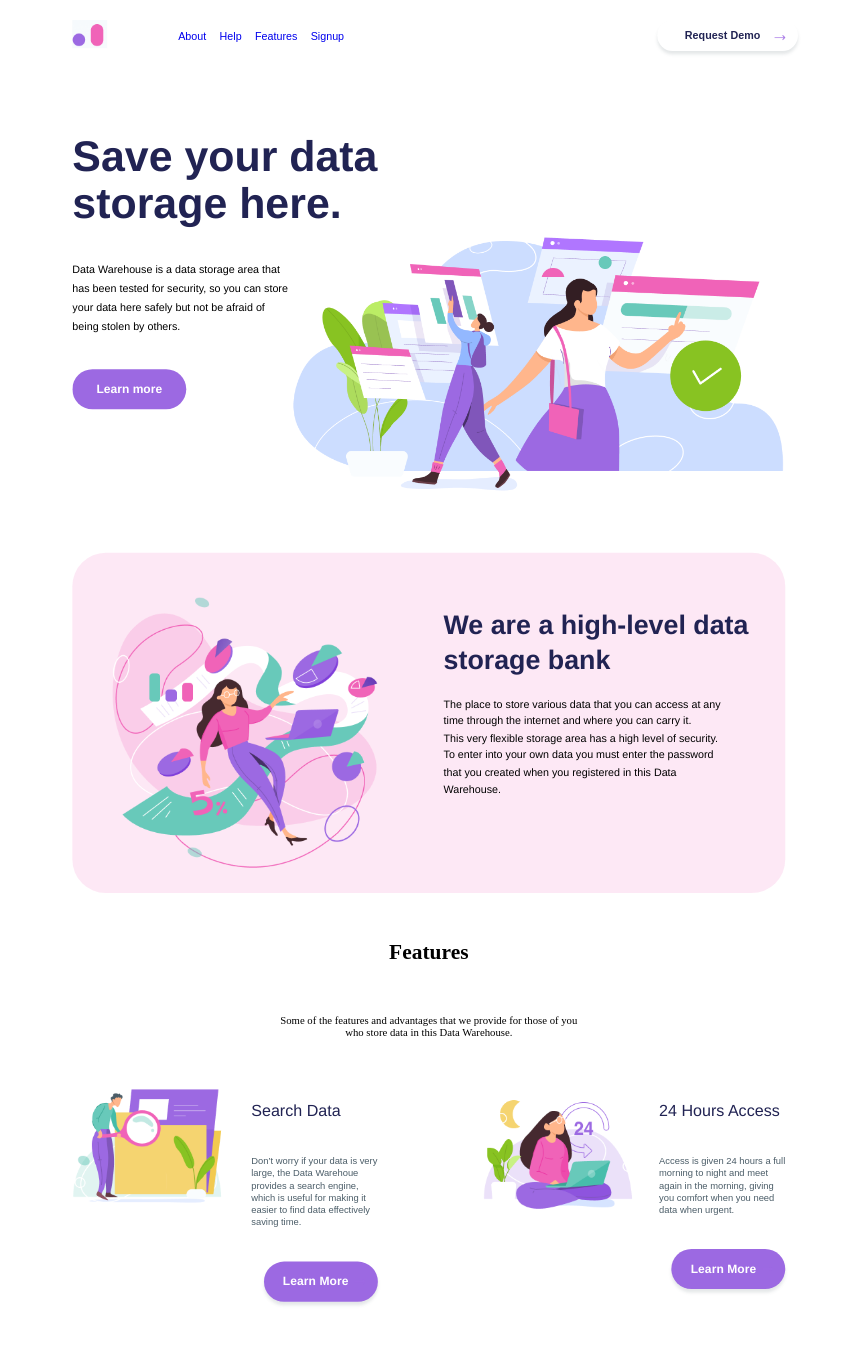
Repository: batonAnton/HW6_flexbox
Page: index.html
An editor plug-in stored every save of this project. The page is shown before and after the next save, followed by the edit.
The browser window is 1280 px wide. The pictures show the whole page, at 67% of full size.
Some web fonts or font styles are not loaded; a fallback is used.

Above is the page before, as saved 2022-06-18 12:56:52.

After the next save:
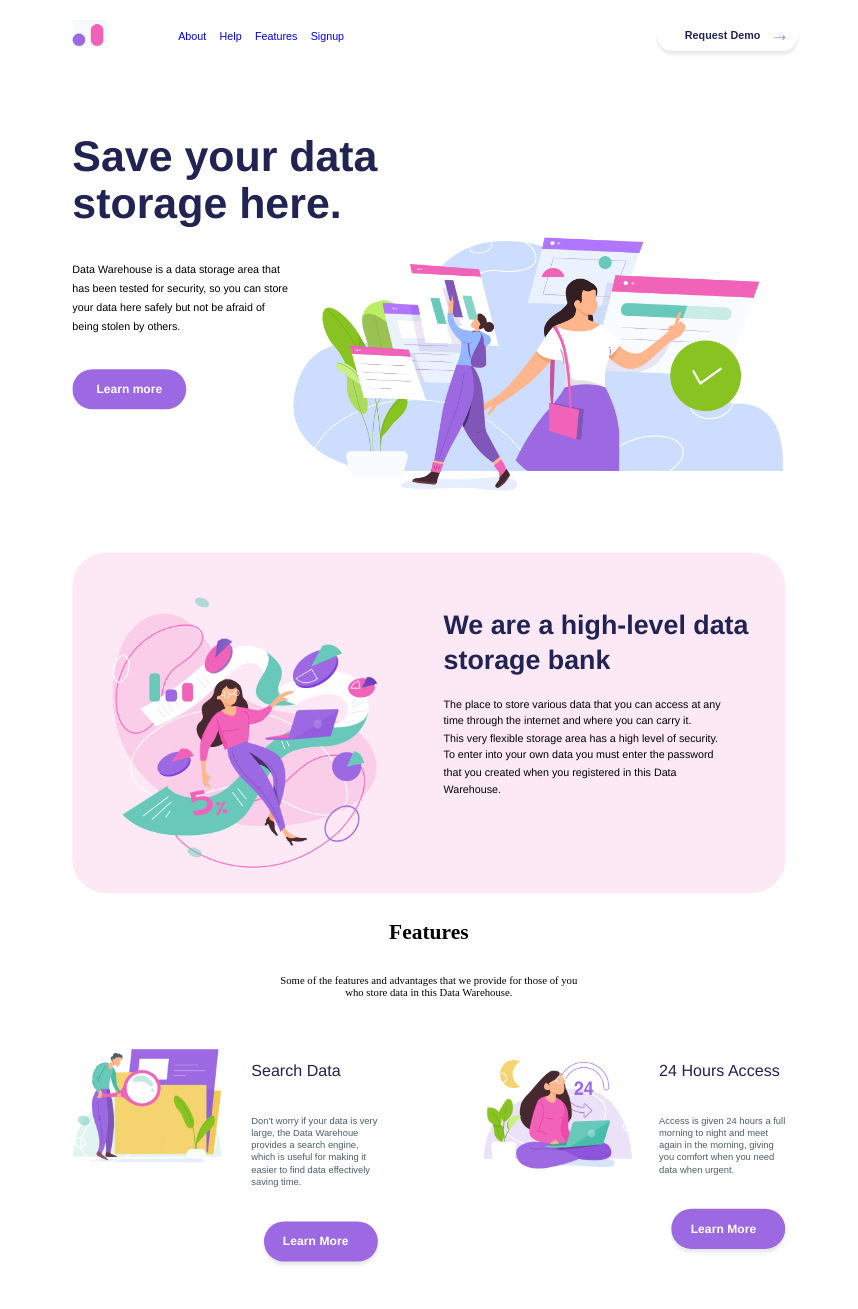
Saved 5 min 3 s later.
--- a/css/style.css
+++ b/css/style.css
@@ -160,7 +160,7 @@ line-height: 160%;
 
 .section3-header{
     text-align: center;
-    margin: 30px 0 75px 0;
+    margin: -30px 0 75px 0;
 }
 
 .row1{
@@ -197,3 +197,9 @@ color: #4B5D68;
 margin-top: 50px;
 margin-bottom: 50px;
 }
+
+.section3 .section3-btn button{
+  padding:0;
+  color: #212353;
+
+}
